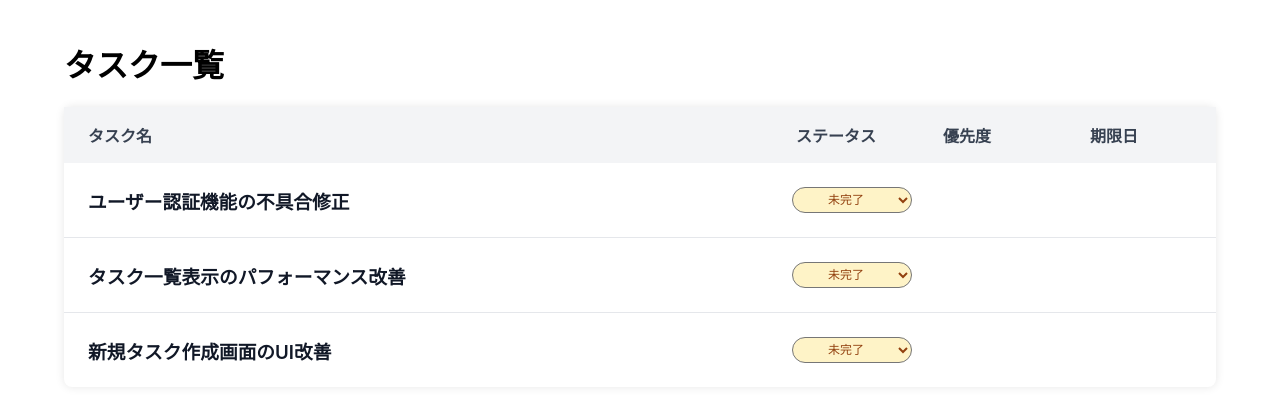
Repository: s1ros75/react-task-app
Page: /tasks
An editor plug-in stored every save of this project. The page is shown before and after a run of saves, followed by the edit.
The browser window is 1280 px wide. The pictures show the whole page.
The project was rebuilt for these pictures with package versions that can differ from the ones it lists, and the page was loaded fresh each time. Also part of the build but not shown: vite.config.ts, src/styles/home.module.css, src/pages/home/index.tsx, src/features/tasks/hooks/getTaskById.ts, src/features/tasks/styles/taskDetail.module.css, src/features/tasks/components/TaskDetail.tsx, src/features/tasks/hooks/deleteTask.ts, src/features/tasks/components/TaskDeleteButton.tsx and 9 more.

Above is the page before, as saved 2026-01-17 23:39:01.

### src/main.tsx
import { StrictMode } from "react";
import { createRoot } from "react-dom/client";
import "./index.css";
import App from "./App.tsx";
import { BrowserRouter } from "react-router-dom";

const rootElement = document.getElementById("root");

createRoot(rootElement!).render(
  <StrictMode>
    <BrowserRouter>
      <App />
    </BrowserRouter>
  </StrictMode>
);

### src/index.css
:root {
  font-family: Inter, system-ui, Avenir, Helvetica, Arial, sans-serif;
}

body {
  margin: 0;
  padding: 0;
  font-family: var(--font-family);
}

### src/App.tsx
import { Route, Routes } from "react-router-dom";
import HomePage from "./pages/home";
import TaskListPage from "./pages/tasks/taskListPage";
import TaskDetailPage from "./pages/tasks/taskDetailPage";
import TaskCreatePage from "./pages/tasks/taskCreatePage";
import TaskEditPage from "./pages/tasks/taskEditPage";

function App() {
  return (
    <Routes>
      <Route path="/" element={<HomePage />} />
      <Route path="/tasks" element={<TaskListPage />} />
      <Route path="/tasks/:id" element={<TaskDetailPage />} /> {/* タスクの詳細ページのルーティングを追加 */}
      <Route path="/tasks/new" element={<TaskCreatePage />} /> {/* タスク作成ページへのルーティングを追加 */}
      <Route path="/tasks/:id/edit" element={<TaskEditPage />} />  {/* タスク編集ページのルーティング */}
    </Routes>
  );
}

export default App;

### src/pages/tasks/taskListPage.tsx
import TaskListContainer from "../../features/tasks/containers/TaskListContainer";

export default function TaskListPage() {
  return (
    <div>
      <TaskListContainer /> {/* タスク一覧コンポーネントを読み込む */}
    </div>
  );
}

### src/features/tasks/containers/TaskListContainer.tsx
import { useEffect, useState } from "react";
import { getTasks } from "../hooks/getTasks";
import type { Task } from "../../../types/task";
import TaskCard from "../components/TaskCard";
import styles from "../styles/TaskListContainer.module.css";
// import { Link } from "react-router-dom";
import { updateTask } from "../hooks/updateTask"; // updateTask関数をインポート

export default function TaskListContainer() {
  const [tasks, setTasks] = useState<Task[]>([]);

  // データを取得する関数を独立させる（更新後にも呼べるようにするため）
  const fetchTasks = async () => {
    const fetchedTasks = await getTasks();
    setTasks(fetchedTasks);
  };

  useEffect(() => {
    fetchTasks();
  }, []);

  const handleToggleStatus = async (taskId: Task["id"], newStatus: boolean) => {
    await updateTask(String(taskId), { status: newStatus });
    await fetchTasks(); // ここで関数として正しく呼び出す
  };

  // export default function TaskListContainer() {
  //   const [tasks, setTasks] = useState<Task[]>([]);

  //   // タスク一覧を取得する関数
  //   const fetchTasks = async () => {
  //     const fetchedTasks = await getTasks();
  //     setTasks(fetchedTasks);
  //   };

  //   useEffect(() => {
  //     fetchTasks();
  //   }, []);

  //   // セレクトボックスで変更されたステータスを更新する処理
  //   const handleToggleStatus = async (taskId: Task['id'], newStatus: boolean) => {
  //     await updateTask(String(taskId), { status: newStatus });
  //     fetchTasks();
  //   };

  return (
    <div className={styles.container}>
      <h1>タスク一覧</h1>
      <div className={styles.tableContainer}>
        <div className={styles.header}>
          <div>タスク名</div>
          <div>ステータス</div>
          <div>優先度</div> {/* ← この列に対応するデータが */}
          <div>期限日</div> {/* ← TaskCard 内にあるか確認が必要 */}
        </div>
        <div className={styles.taskList}>
          {tasks.map((task) => (
            <TaskCard
              key={task.id}
              task={task}
              onToggleStatus={handleToggleStatus} // 更新用関数を渡す必要がある場合
            />
          ))}
        </div>
      </div>
    </div>
  );
}

### src/features/tasks/hooks/getTasks.ts
import type { Task } from "../../../types/task";
import { mockTasks } from "../mocks/task";

export const getTasks = (): Promise<Task[]> => {
  return new Promise((resolve) => {
    setTimeout(() => resolve([...mockTasks]));
  });
};

### src/features/tasks/components/TaskCard.tsx
import { Link } from "react-router-dom";
import styles from "../styles/taskCard.module.css";
import { getPriorityClass } from "../utils/priority"; // getPriorityClass関数をimport
import { getStatusLabel } from "../utils/status-label"; // getStatusLabel関数をimport
import type { Task } from "../../../types/task";

type Props = {
  task: Task;
  onToggleStatus: (taskId: Task['id'], newStatus: boolean) => void;
};

export default function TaskCard({ task, onToggleStatus }: Props) {  // onToggleStatusをpropsで受け取る

  // ステータス変更時のハンドラー
  const handleStatusChange = (e: React.ChangeEvent<HTMLSelectElement>) => {
    const newStatus = e.target.value === "true";
    if (onToggleStatus) {
      onToggleStatus(task.id, newStatus);
    }
  };

  return (
    <div className={styles.taskCard}>
      <Link to={`/tasks/${task.id}`} className={styles.detailLink}>
        <h3 className={styles.taskTitle}>{task.title}</h3>
      </Link>
      {/* ステータスをセレクトボックスに変更 */}
      <select
        value={task.status ? "true" : "false"}
        onChange={handleStatusChange}
        className={`${styles.badge} ${task.status ? styles.completed : styles.incomplete}`}
      >
        <option value="false">{getStatusLabel(false)}</option>  {/* 未完了の場合のラベル */}
        <option value="true">{getStatusLabel(true)}</option>    {/* 完了の場合のラベル */}
      </select>
    </div>
  );
}

### src/features/tasks/styles/TaskListContainer.module.css
.container {
  width: 90%;
  max-width: 1400px;
  margin: 40px auto;
}

.tableContainer {
  margin: 0 auto;
  background-color: white;
  border-radius: 0.5rem;
  box-shadow: 0 0 10px rgba(0, 0, 0, 0.1);
}

.header {
  display: grid;
  grid-template-columns: 1fr 115px 115px 110px;
  column-gap: 2rem;
  align-items: center;
  padding: 1rem 1rem 1rem 1.5rem;
  background-color: #f3f4f6;
  font-weight: 600;
  color: #374151;
}

.taskList {
  display: flex;
  flex-direction: column;
}

.taskList > *:not(:last-child) {
  border-bottom: 1px solid #e5e7eb;
}

.taskListHeader {
  text-align: right;
  margin-bottom: 1rem;
}

.newTaskLink {
  display: inline-block;
  background-color: #0070f3;
  color: white;
  padding: 0.5rem 1rem;
  border-radius: 5px;
  text-decoration: none;
  font-size: 1rem;
  transition: background-color 0.3s ease;
}

.newTaskLink:hover {
  background-color: #0051bb;
}

### src/features/tasks/hooks/updateTask.ts
import type { Task, TaskFormData } from "../../../types/task";
import { mockTasks } from "../mocks/task";

export const updateTask = (id: string, taskData: TaskFormData): Promise<Task | null> => {
  return new Promise((resolve) => {
    setTimeout(() => {
      const index = mockTasks.findIndex((task) => task.id === Number.parseInt(id));
      if (index !== -1) {
        mockTasks[index] = {
          ...mockTasks[index],
          ...taskData,
          updatedAt: new Date().toISOString(),
        };
        resolve(mockTasks[index]);
      } else {
        resolve(null);
      }
    }, 500);
  });
};

### src/features/tasks/mocks/task.ts
import type { Task } from "../../../types/task";

export const mockTasks: Task[] = [
  {
    id: 1,
    title: "ユーザー認証機能の不具合修正",
    description: "ユーザーがログイン時に、不正なトークンエラーが発生する問題を修正します。",
    status: false,
    priority: "high",
    dueDate: "2025-03-31",
    createdAt: "2025-02-17T10:00:00Z",
    updatedAt: "2025-02-17T10:00:00Z",
  },
  {
    id: 2,
    title: "タスク一覧表示のパフォーマンス改善",
    description:
      "タスク一覧ページで、タスクが大量にある場合の表示遅延を改善します。不要な再レンダリングを防ぐため、コンポーネントの最適化を実施してください。",
    status: false,
    priority: "medium",
    dueDate: "2025-04-15",
    createdAt: "2025-02-17T10:00:00Z",
    updatedAt: "2025-02-17T10:00:00Z",
  },
  {
    id: 3,
    title: "新規タスク作成画面のUI改善",
    description:
      "新規タスク作成画面の入力フォームのユーザビリティ向上を図ります。エラーメッセージの明示化や、入力フィールドのデザインを改善してください。",
    status: false,
    priority: "low",
    dueDate: "2025-05-01",
    createdAt: "2025-02-17T10:00:00Z",
    updatedAt: "2025-02-17T10:00:00Z",
  },
];

### src/features/tasks/styles/taskCard.module.css
.taskCard {
  display: grid;
  grid-template-columns: 1fr 120px 120px 120px;
  column-gap: 2rem;
  align-items: center;
  transition: background-color 0.2s ease;
}

.taskCard:hover {
  background-color: #f9fafb;
}

.detailLink {
  height: 100%;
  display: flex;
  align-items: center;
  text-decoration: none;
  padding-left: 1.5rem;
  transition: color 0.2s ease;
}

.detailLink:hover .taskTitle {
  color:rgb(56, 92, 202);
}

.taskTitle {
  font-weight: 600;
  color: #111827;
  margin: 0;
}

.badge {
  display: inline-block;
  padding: 0.25rem 0.5rem;
  margin: 1.5rem 0;
  border-radius: 9999px;
  font-size: 0.75rem;
  font-weight: 500;
  text-align: center;
  cursor: pointer;
}

.completed {
  background-color: #d1fae5;
  color: #065f46;
}

.incomplete {
  background-color: #fef3c7;
  color: #92400e;
}

.highPriority {
  background-color: #fee2e2;
  color: #991b1b;
}

.mediumPriority {
  background-color: #fef3c7;
  color: #92400e;
}

.lowPriority {
  background-color: #d1fae5;
  color: #065f46;
}

.defaultPriority {
  background-color: #e5e7eb;
  color: #374151;
}

.dueDate {
  color: #6b7280;
}

### src/features/tasks/utils/status-label.ts
// ステータス（true/false）に応じて表示ラベルを返す
export const getStatusLabel = (status: boolean): string => {
  return status ? "完了" : "未完了";
};

### src/features/tasks/utils/priority.ts
import type { Priority } from "../../../types/task";

// 優先度に応じたスタイルクラスを返す関数
export const getPriorityClass = (
  priority: Priority, // 優先度（high | medium | low）などの文字列（Priority型）
  styles: Record<string, string> // スタイルモジュール（key-value形式のオブジェクト）
): string => {
  switch (priority.toLowerCase()) {
    case "high":
      return styles.highPriority;
    case "medium":
      return styles.mediumPriority;
    case "low":
      return styles.lowPriority;
    default:
      return styles.defaultPriority;
  }
};

Loaded but not shown: index.html (common file)

After the next 2 saves:
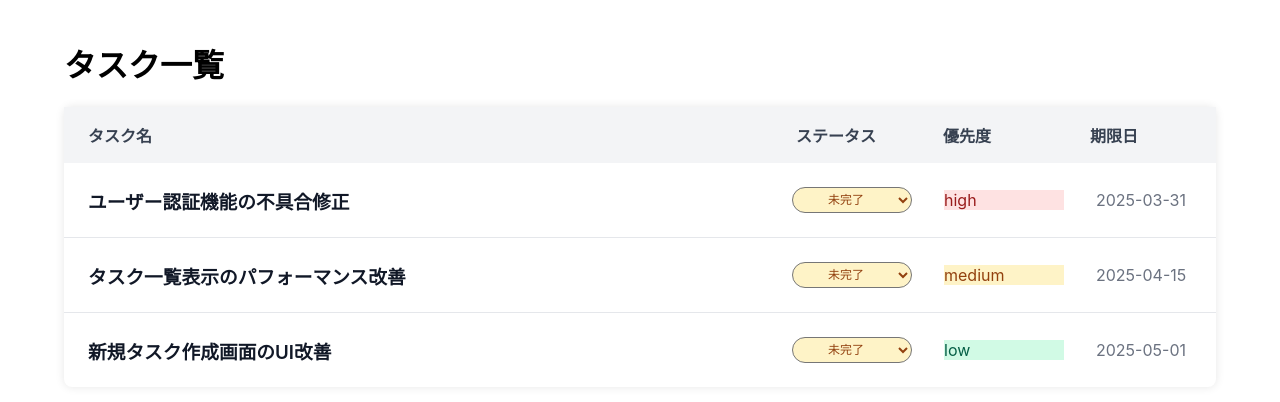
The 2 saves are shown as one change because 1 did not build or start.
The last was saved 50 s later.
--- a/src/features/tasks/components/TaskCard.tsx
+++ b/src/features/tasks/components/TaskCard.tsx
@@ -4,14 +4,10 @@ import { getPriorityClass } from "../utils/priority"; // getPriorityClass関数
 import { getStatusLabel } from "../utils/status-label"; // getStatusLabel関数をimport
 import type { Task } from "../../../types/task";
 
-type Props = {
-  task: Task;
-  onToggleStatus: (taskId: Task['id'], newStatus: boolean) => void;
-};
+// ... (import部分は変更なし)
 
-export default function TaskCard({ task, onToggleStatus }: Props) {  // onToggleStatusをpropsで受け取る
+export default function TaskCard({ task, onToggleStatus }: Props) {
 
-  // ステータス変更時のハンドラー
   const handleStatusChange = (e: React.ChangeEvent<HTMLSelectElement>) => {
     const newStatus = e.target.value === "true";
     if (onToggleStatus) {
@@ -21,18 +17,67 @@ export default function TaskCard({ task, onToggleStatus }: Props) {  // onToggle
 
   return (
     <div className={styles.taskCard}>
+      {/* 1. タイトル */}
       <Link to={`/tasks/${task.id}`} className={styles.detailLink}>
         <h3 className={styles.taskTitle}>{task.title}</h3>
       </Link>
-      {/* ステータスをセレクトボックスに変更 */}
+
+      {/* 2. ステータス */}
       <select
         value={task.status ? "true" : "false"}
         onChange={handleStatusChange}
         className={`${styles.badge} ${task.status ? styles.completed : styles.incomplete}`}
       >
-        <option value="false">{getStatusLabel(false)}</option>  {/* 未完了の場合のラベル */}
-        <option value="true">{getStatusLabel(true)}</option>    {/* 完了の場合のラベル */}
+        <option value="false">{getStatusLabel(false)}</option>
+        <option value="true">{getStatusLabel(true)}</option>
       </select>
+
+      {/* --- ここから追加 --- */}
+
+      {/* 3. 優先度 */}
+      <div className={`${styles.priority} ${getPriorityClass(task.priority, styles)}`}>
+        {task.priority}
+      </div>
+
+      {/* 4. 期限日 */}
+      <div className={styles.dueDate}>
+        {task.dueDate}
+      </div>
+
+      {/* --- ここまで追加 --- */}
     </div>
   );
 }
+
+// type Props = {
+//   task: Task;
+//   onToggleStatus: (taskId: Task['id'], newStatus: boolean) => void;
+// };
+
+// export default function TaskCard({ task, onToggleStatus }: Props) {  // onToggleStatusをpropsで受け取る
+
+//   // ステータス変更時のハンドラー
+//   const handleStatusChange = (e: React.ChangeEvent<HTMLSelectElement>) => {
+//     const newStatus = e.target.value === "true";
+//     if (onToggleStatus) {
+//       onToggleStatus(task.id, newStatus);
+//     }
+//   };
+
+//   return (
+//     <div className={styles.taskCard}>
+//       <Link to={`/tasks/${task.id}`} className={styles.detailLink}>
+//         <h3 className={styles.taskTitle}>{task.title}</h3>
+//       </Link>
+//       {/* ステータスをセレクトボックスに変更 */}
+//       <select
+//         value={task.status ? "true" : "false"}
+//         onChange={handleStatusChange}
+//         className={`${styles.badge} ${task.status ? styles.completed : styles.incomplete}`}
+//       >
+//         <option value="false">{getStatusLabel(false)}</option>  {/* 未完了の場合のラベル */}
+//         <option value="true">{getStatusLabel(true)}</option>    {/* 完了の場合のラベル */}
+//       </select>
+//     </div>
+//   );
+// }
